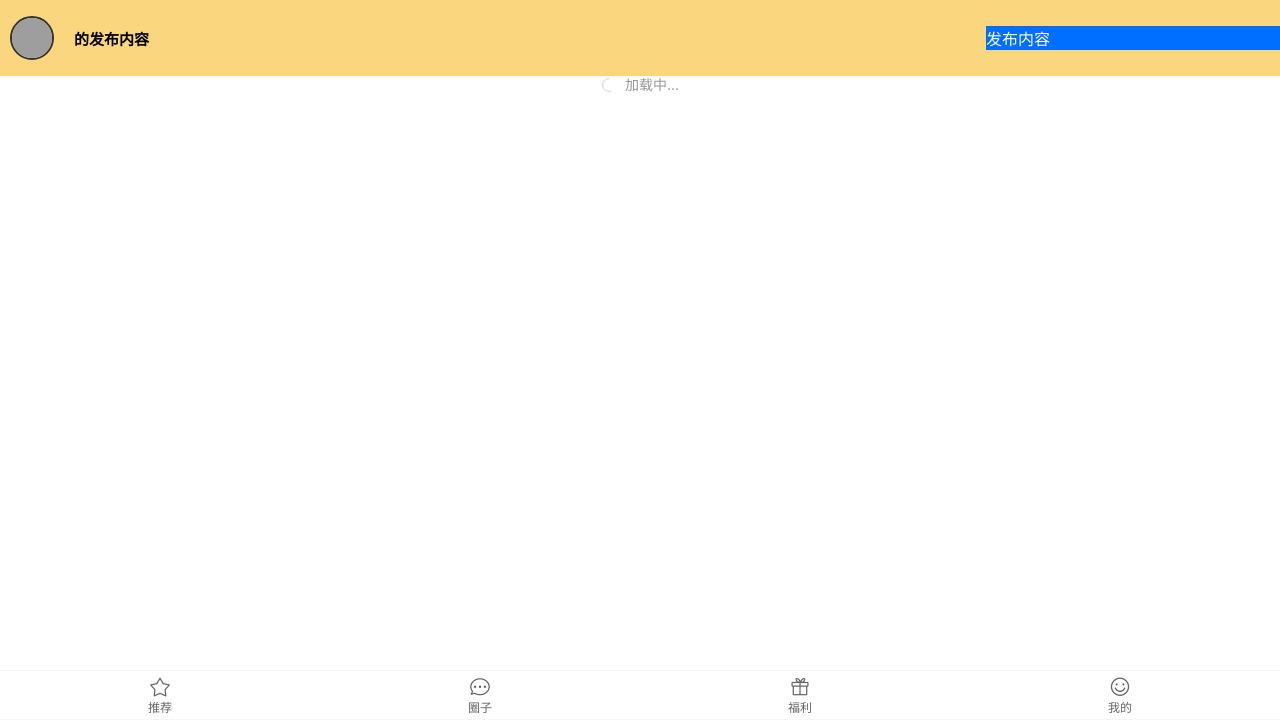
Repository: pbw-langwang/dm
Page: /#/fabu (app in dm_vue/)
An editor plug-in stored every save of this project. The page is shown before and after the next save, followed by the edit.
The browser window is 1280 px wide. The pictures show the whole page.
The page's requests for data from a server got no answer. The project was rebuilt for these pictures with package versions that can differ from the ones it lists, and the page was loaded fresh each time. No one was signed in, and anything a server would have sent is missing. Also part of the build but not shown: dm_vue/src/components/HelloWorld.vue, dm_vue/src/components/video.vue, dm_vue/src/components/setting.vue, dm_vue/src/components/gift.vue, dm_vue/src/components/Regist.vue, dm_vue/src/components/history.vue, dm_vue/src/components/Search.vue, dm_vue/src/components/SearchList.vue and 2 more.

Above is the page before, as saved 2021-06-22 16:03:48.

After the next save:
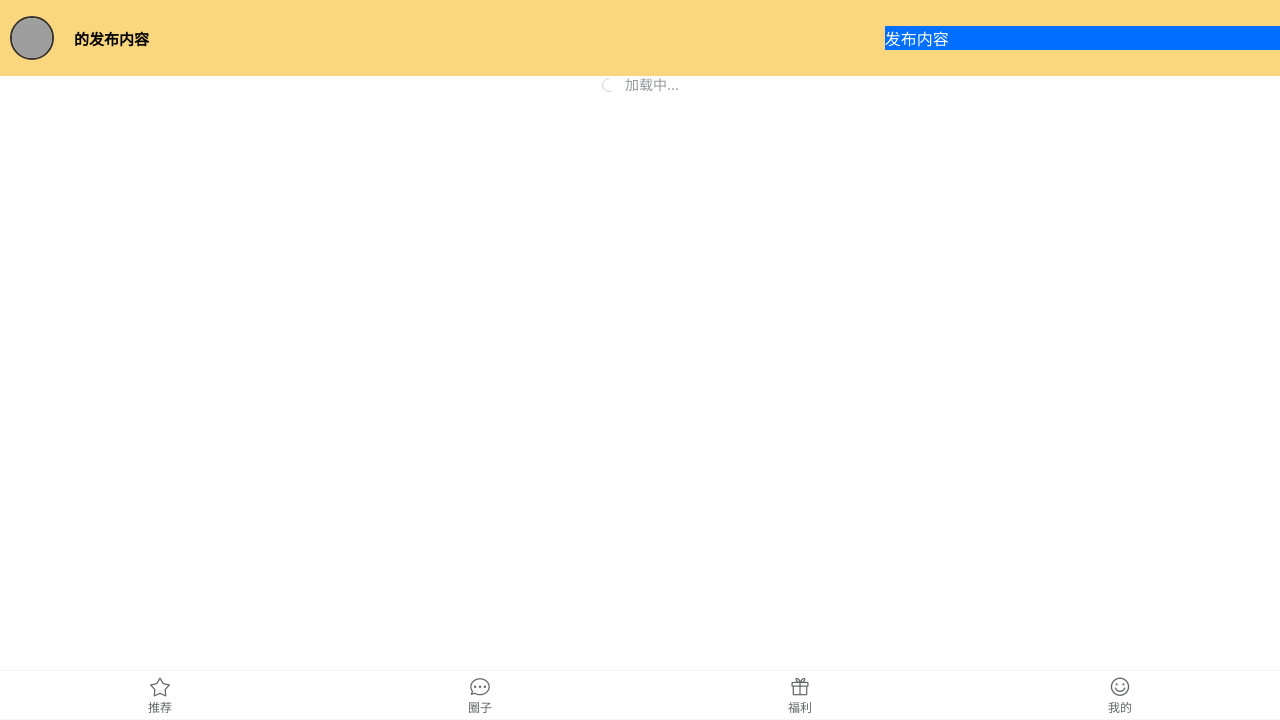
Saved 14 s later.
--- a/dm_vue/src/components/fabu.vue
+++ b/dm_vue/src/components/fabu.vue
@@ -88,7 +88,7 @@ export default {
   border: #333 solid 2px;
 }
 .top .name{
-  flex: 3;
+  flex: 2;
   padding-left: 20px;
   font-size: 15px;
   font-weight: 700;
